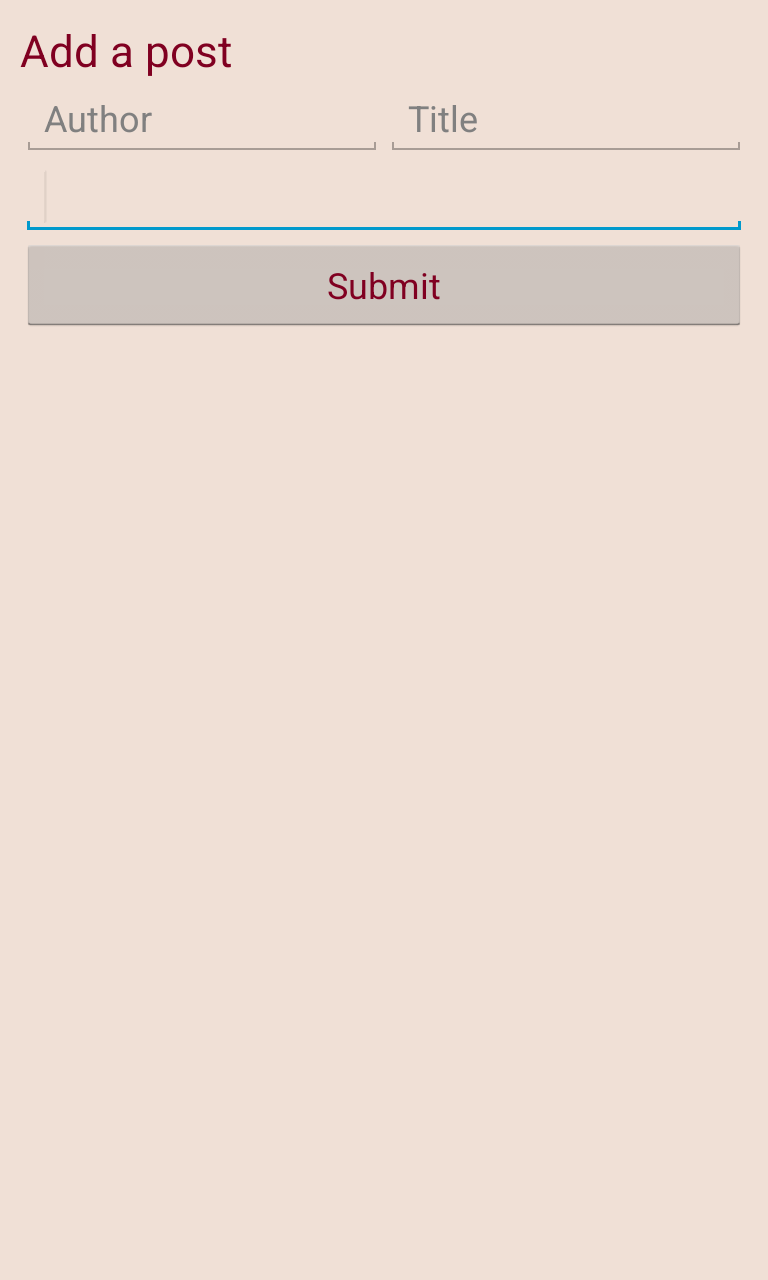
Repository: tomacoast/Quik-Channel
Layout: WorkspaceI/Quikchannel/res/layout/activity_make_post.xml
An editor plug-in stored every save of this project. The layout is shown before and after the next save, followed by the edit.
It is drawn on a 768 x 1280 px phone screen (xhdpi) without system bars, with theme AppTheme; the app's code is not run.

Above is the layout before, as saved 2014-05-21 20:00:42.

After the next save:
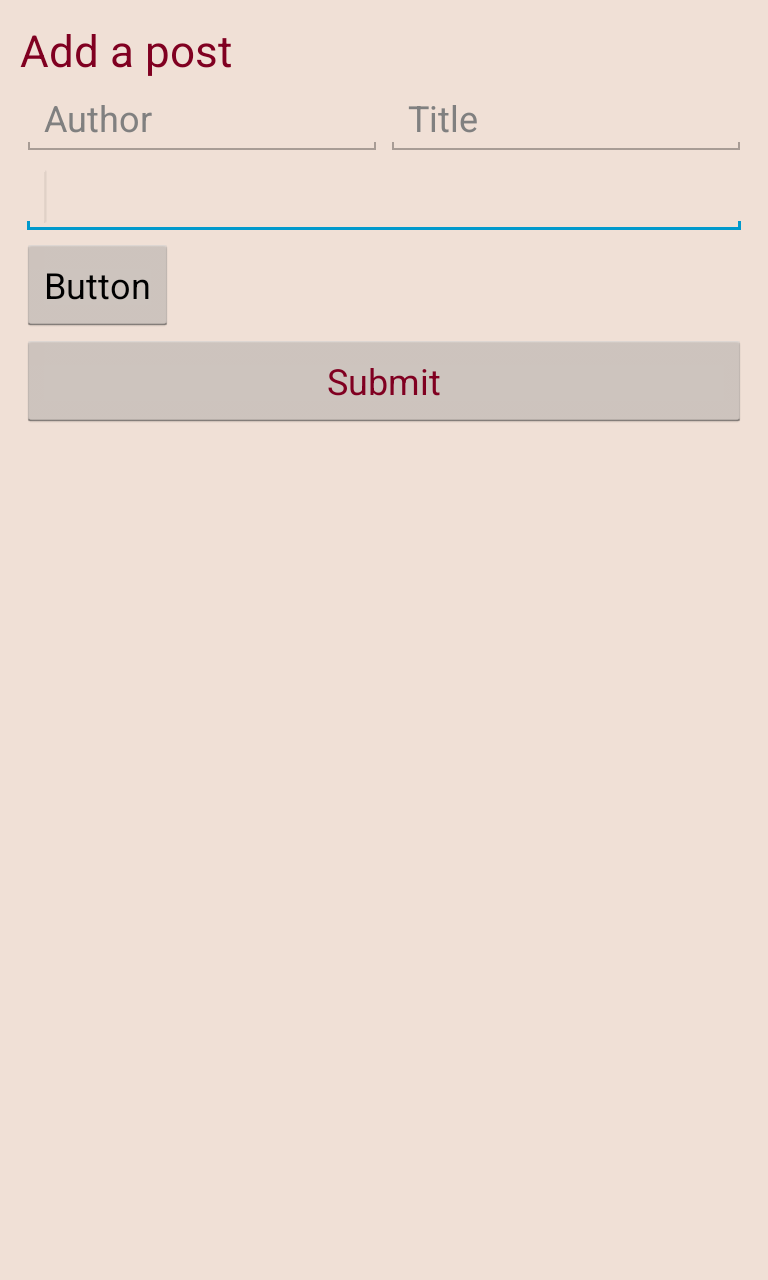
Saved 6 min 5 s later.
--- a/WorkspaceI/Quikchannel/res/layout/activity_make_post.xml
+++ b/WorkspaceI/Quikchannel/res/layout/activity_make_post.xml
@@ -55,6 +55,12 @@
         </EditText>
 
         <Button
+            android:id="@+id/button1"
+            android:layout_width="wrap_content"
+            android:layout_height="wrap_content"
+            android:text="Button" />
+
+        <Button
             android:id="@+id/submit_post"
             android:layout_width="fill_parent"
             android:layout_height="wrap_content"
